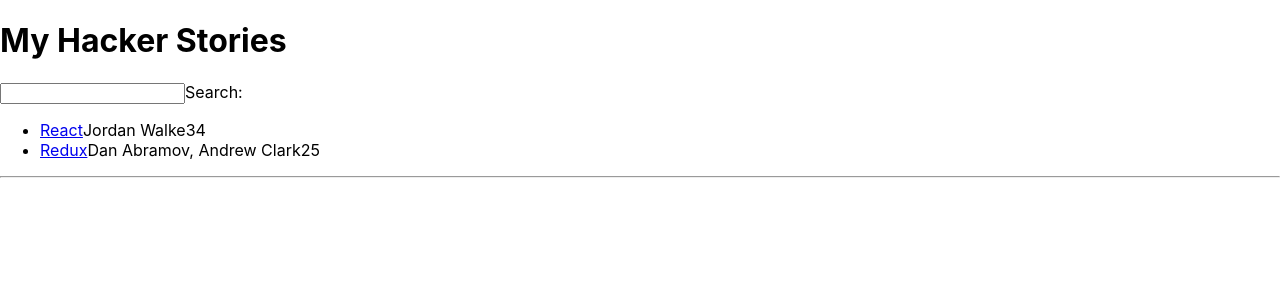
Repository: m-ahmadshaikh/FullStackProjects
Page: / (app in 03-react/hacker-stories/)
An editor plug-in stored every save of this project. The page is shown before and after a run of saves, followed by the edit.
The browser window is 1280 px wide. The pictures show the whole page.
The project was rebuilt for these pictures with package versions that can differ from the ones it lists, and the page was loaded fresh each time. Also part of the build but not shown: 03-react/hacker-stories/src/App.css.

Above is the page before, as saved 2022-08-24 09:51:23.

### 03-react/hacker-stories/src/index.js
import React from 'react';
import ReactDOM from 'react-dom/client';
import './index.css';
import App from './App';
import reportWebVitals from './reportWebVitals';

const root = ReactDOM.createRoot(document.getElementById('root'));
root.render(
  // eslint-disable-next-line react/jsx-filename-extension
  <React.StrictMode>
    <App />
  </React.StrictMode>,
);

// If you want to start measuring performance in your app, pass a function
// to log results (for example: reportWebVitals(console.log))
// or send to an analytics endpoint. Learn more: https://bit.ly/CRA-vitals
reportWebVitals();

### 03-react/hacker-stories/src/App.jsx
import './App.css';

// const title = 'React';

// eslint-disable-next-line no-unused-vars
const list = [
  {
    title: 'React',
    url: 'https://reactjs.org/',
    author: 'Jordan Walke',
    num_comments: 3,
    points: 4,
    objectID: 0,
  },
  {
    title: 'Redux',
    url: 'https://redux.js.org/',
    author: 'Dan Abramov, Andrew Clark',
    num_comments: 2,
    points: 5,
    objectID: 1,
  },
];
function List() {
  return (
    <ul>
      {list.map((item) => (
        <li key={item.objectID}>
          <span>
            <a href={item.url}>{item.title}</a>
          </span>
          <span>{item.author}</span>
          <span>{item.num_comments}</span>
          <span>{item.points}</span>
        </li>
      ))}
    </ul>
  );
}
function Search() {
  return (null);
}
function App() {
  return (
    <div>
      <h1>
        My Hacker Stories
      </h1>
      <label htmlFor="search">
        <input id="search" type="text" />
        Search:
        {' '}
      </label>

      <List />

      <hr />
    </div>
  );
}

export default App;

Loaded but not shown: 03-react/hacker-stories/public/index.html (common file); 03-react/hacker-stories/src/index.css (common file); 03-react/hacker-stories/src/reportWebVitals.js (common file)

After the next 2 saves:
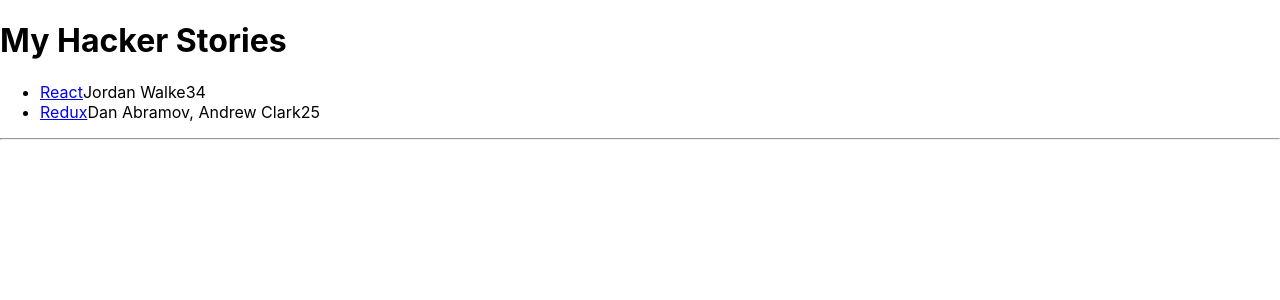
The 2 saves are shown as one change because they came seconds apart.
The last was saved 11 s later.
--- a/03-react/hacker-stories/src/App.jsx
+++ b/03-react/hacker-stories/src/App.jsx
@@ -38,7 +38,13 @@
   );
 }
 function Search() {
-  return (null);
+  return (
+    <label htmlFor="search">
+      <input id="search" type="text" />
+      Search:
+      {' '}
+    </label>
+  );
 }
 function App() {
   return (
@@ -46,11 +52,6 @@
       <h1>
         My Hacker Stories
       </h1>
-      <label htmlFor="search">
-        <input id="search" type="text" />
-        Search:
-        {' '}
-      </label>
 
       <List />
 

After the 3 saves that followed:
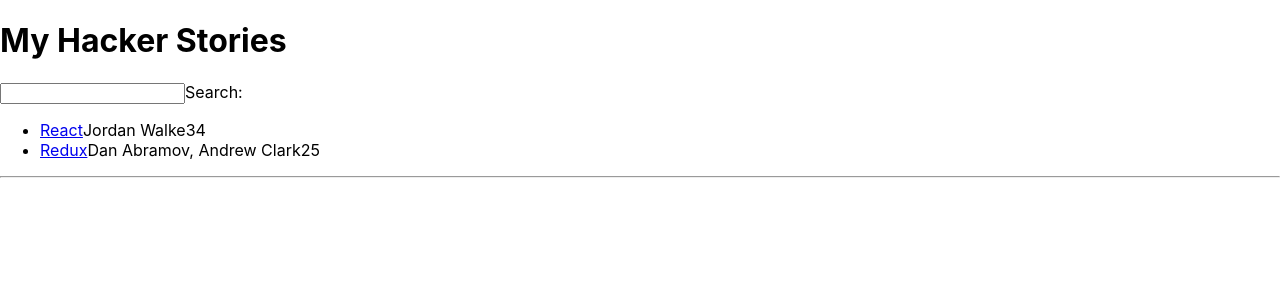
The 3 saves are shown as one change because they came seconds apart.
The last was saved 10 s later.
--- a/03-react/hacker-stories/src/App.jsx
+++ b/03-react/hacker-stories/src/App.jsx
@@ -52,7 +52,7 @@
       <h1>
         My Hacker Stories
       </h1>
-
+      <Search />
       <List />
 
       <hr />
